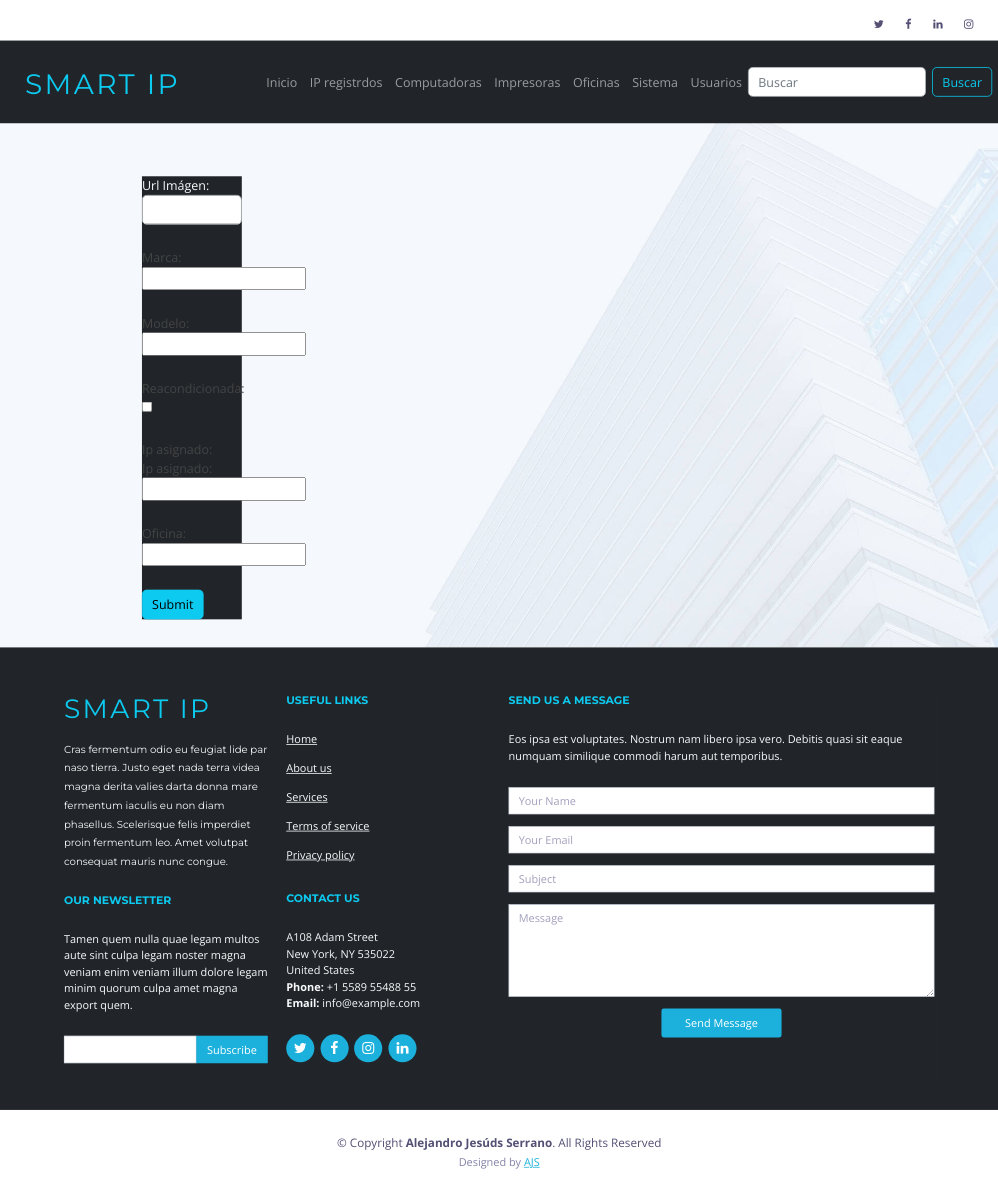
Repository: AlejandroJesusSerrano/SmartIPs
Page: smartip/smartipnav/templates/smartipnav/printer_form.html
These files come from the project's save history. The page is drawn as it stood at one moment and after the next save; the edit follows.
The browser window is 1280 px wide. The pictures show the whole page, at 78% of full size.
The page is served by the project's application, run on Django 4.2 (smartip/manage.py). Other server files are loaded and not shown. The template is opened directly, without the code that normally fills it, so the values that code supplies are empty.

Above is the page before, as saved 2022-11-14 08:12:04.

### smartip/smartipnav/templates/smartipnav/printer_form.html
{% extends 'smartipnav/base.html' %}

{% block content %}
<section id="intro" class="clearfix">
    <div class="container d-flex h-100">
        <div class="row justify-content-center align-self-center">
            <div class="col-md-6 intro-info order-md-first order-last">
                <form action="" method="post">
                    {% csrf_token %}
                    <div class="container mx-auto">
                        <div class="form-group bg-dark mx-auto">
                            <label class="form-control-label text-light" for="printer_image">Url Imágen: </label>
                            <input class="form-control" type="url" name="printer_image" id="printer_add"></p>

                            <label for="printer_brand">Marca: </label>
                            <input type="text" name="printer_brand" id="printer_brand"></p>

                            <label for="printer_model">Modelo: </label>
                            <input type="text" name="printer_model" id="printer_model"></p>

                            <label for="printer_rebuilded">Reacondicionada: </label>
                            <input type="checkbox" name="printer_rebuilded" id="printer_rebuilded"></p>

                            <label for="printer_ip">Ip asignado: </label>
                            <p>Ip asignado: <input type="text" name="printer_ip" id="printer_ip"></p>

                            <label for="printer_office">Oficina: </label>
                            <input type="text" namr="printer_office" id="printer_office"></p>

                            <button type="submit" class="btn btn-info">Submit</button>
                        </div>
                    </div>
                </form>
            </div>
        </div>
    </div>
{% endblock %}

### smartip/smartipnav/templates/smartipnav/base.html
<!DOCTYPE html>
<html lang="en">
<head>

  {% load static %}
  <meta charset="utf-8">
  <title>Smart IP</title>
  <meta content="width=device-width, initial-scale=1.0" name="viewport">
  <meta content="" name="keywords">
  <meta content="" name="description">

  <!-- Favicons -->
  <link href="{% static 'smartipnav/img/favicon.png' %}" rel="icon">
  <link href="{% static 'smartipnav/img/apple-touch-icon.png' %}" rel="apple-touch-icon">

  <!-- Google Fonts -->
  <link href="https://fonts.googleapis.com/css?family=Open+Sans:300,300i,400,400i,500,600,700,700i|Montserrat:300,400,500,600,700" rel="stylesheet">

  <!-- Bootstrap CSS File -->
  <link href="https://cdn.jsdelivr.net/npm/bootstrap@5.2.2/dist/css/bootstrap.min.css" rel="stylesheet" integrity="sha384-Zenh87qX5JnK2Jl0vWa8Ck2rdkQ2Bzep5IDxbcnCeuOxjzrPF/et3URy9Bv1WTRi" crossorigin="anonymous">

  <!-- Libraries CSS Files -->
  <link href="{% static 'smartipnav/lib/font-awesome/css/font-awesome.min.css' %}" rel="stylesheet">
  <link href="{% static 'smartipnav/lib/animate/animate.min.css' %}" rel="stylesheet">
  <link href="{% static 'smartipnav/lib/ionicons/css/ionicons.min.css' %}" rel="stylesheet">
  <link href="{% static 'smartipnav/lib/owlcarousel/assets/owl.carousel.min.css' %}" rel="stylesheet">
  <link href="{% static 'smartipnav/lib/lightbox/css/lightbox.min.css' %}" rel="stylesheet">

  <!-- Main Stylesheet File -->
  <link href="{% static 'smartipnav/css/style.css' %}" rel="stylesheet">

  <!-- =======================================================
    Theme Name: Rapid
    Theme URL: https://bootstrapmade.com/rapid-multipurpose-bootstrap-business-template/
    Author: BootstrapMade.com
    License: https://bootstrapmade.com/license/
  ======================================================= -->
</head>

<body>
  <!--==========================
  Header
  ============================-->
  <header id="header">

    <div id="topbar">
      <div class="container me-2">
        <div class="social-links">
          <a href="#" class="twitter"><i class="fa fa-twitter"></i></a>
          <a href="#" class="facebook"><i class="fa fa-facebook"></i></a>
          <a href="#" class="linkedin"><i class="fa fa-linkedin"></i></a>
          <a href="#" class="instagram"><i class="fa fa-instagram"></i></a>
        </div>
      </div>
    </div>

    <nav class="navbar navbar-expand-lg navbar-dark bg-dark">
      <a class="navbar-brand" href="index">
        <div class="logo mb-4">
          <!-- Uncomment below if you prefer to use an image logo -->
          <h1 class="text-bg-dark mx-auto "><a href="index"><span class= "text-info">Smart IP</span></a></h1>
          <!-- <a href="#header" class="scrollto"><img src="img/logo.png" alt="" class="img-fluid"></a> -->
        </div>
      </a>
      <button class="navbar-toggler" type="button" data-bs-toggle="collapse" data-bs-target="#navbarSupportedContent" aria-controls="navbarSupportedContent" aria-expanded="false" aria-label="Toggle navigation">
        <span class="navbar-toggler-icon"></span>
      </button>
      <div class="collapse navbar-collapse" id="navbarSupportedContent">
        <ul class="navbar-nav ms-auto mb-2 mb-lg-0">
          <li class="nav-item">
            <a class="nav-link {% block indexactive %} {% endblock %}" aria-current="page" href="{% url 'Inicio' %}">Inicio</a>
          </li>
          <li class="nav-item">
            <a class="nav-link {% block ipactive %} {% endblock %}" aria-current="page" href=" {% url 'Ip' %}">IP registrdos</a>
          </li>
          <li class="nav-item">
            <a class="nav-link {% block computeractive %} {% endblock %}" aria-current="page" href="{% url 'Computers' %}">Computadoras</a>
          </li>
          <li class="nav-item">
            <a class="nav-link {% block printersactive %} {% endblock %}" aria-current="page" href="{% url 'Printers' %}">Impresoras</a>
          </li>
          <li class="nav-item">
            <a class="nav-link {% block officesactive %} {% endblock %}" aria-current="page" href="{% url 'Offices' %}">Oficinas</a>
          </li>
          <li class="nav-item">
            <a class="nav-link {% block usersactive %} {% endblock %}" aria-current="page" href="{% url 'Users' %}">Sistema</a>
          </li>
          <li class="nav-item">
            <a class="nav-link {% block userspcactive %} {% endblock %}" aria-current="page" href="{% url 'UsersPc' %}">Usuarios</a>
          </li>

          <!-- <li class="nav-item dropdown">
            <a class="nav-link dropdown-toggle" href="#" id="navbarDropdown" role="button" data-bs-toggle="dropdown" aria-expanded="false">
              Dropdown
            </a>
            <ul class="dropdown-menu" aria-labelledby="navbarDropdown">
              <li><a class="dropdown-item" href="#">Acción</a></li>
              <li><a class="dropdown-item" href="#">Otra acción</a></li>
              <li><hr class="dropdown-divider"></li>
              <li><a class="dropdown-item" href="#">Algo más aquí</a></li>
            </ul>
          </li>
          <li class="nav-item">
            <a class="nav-link disabled">Deshabilitado</a>
          </li> -->
        </ul>
        <form class="d-flex" role="search">
          <input class="form-control me-2" type="search" placeholder="Buscar" aria-label="Buscar">
          <button class="btn btn-outline-info me-2" type="submit">Buscar</button>
        </form>
      </div>
    </nav>
  </header><!-- #header -->



    {% block content %}

    {% endblock %}



  <!--==========================
    Footer
  ============================-->
  <footer id="footer" class="section-bg">
    <div class="footer-top bg-dark">
      <div class="container bg-dark">

        <div class="row">

          <div class="col-lg-6">

            <div class="row">

                <div class="col-sm-6">

                  <div class="footer-info">
                    <h3 class="text-info">Smart Ip</h3>
                    <p class="text-light">Cras fermentum odio eu feugiat lide par naso tierra. Justo eget nada terra videa magna derita valies darta donna mare fermentum iaculis eu non diam phasellus. Scelerisque felis imperdiet proin fermentum leo. Amet volutpat consequat mauris nunc congue.</p>
                  </div>

                  <div class="footer-newsletter">
                    <h4 class="text-info">Our Newsletter</h4>
                    <p class="text-light">Tamen quem nulla quae legam multos aute sint culpa legam noster magna veniam enim veniam illum dolore legam minim quorum culpa amet magna export quem.</p>
                    <form action="" method="post">
                      <input type="email" name="email"><input type="submit"  value="Subscribe">
                    </form>
                  </div>

                </div>

                <div class="col-sm-6">
                  <div class="footer-links">
                    <h4 class="text-info">Useful Links</h4>
                    <ul>
                      <li><a class="text-light" href="#">Home</a></li>
                      <li><a class="text-light" href="#">About us</a></li>
                      <li><a class="text-light" href="#">Services</a></li>
                      <li><a class="text-light" href="#">Terms of service</a></li>
                      <li><a class="text-light" href="#">Privacy policy</a></li>
                    </ul>
                  </div>

                  <div class="footer-links">
                    <h4 class="text-info">Contact Us</h4>
                    <p class="text-light">
                      A108 Adam Street <br>
                      New York, NY 535022<br>
                      United States <br>
                      <strong>Phone:</strong> +1 5589 55488 55<br>
                      <strong>Email:</strong> info@example.com<br>
                    </p>
                  </div>

                  <div class="social-links">
                    <a href="#" class="twitter"><i class="fa fa-twitter"></i></a>
                    <a href="#" class="facebook"><i class="fa fa-facebook"></i></a>
                    <a href="#" class="instagram"><i class="fa fa-instagram"></i></a>
                    <a href="#" class="linkedin"><i class="fa fa-linkedin"></i></a>
                  </div>

                </div>

            </div>

          </div>

          <div class="col-lg-6">

            <div class="form">

              <h4 class="text-info">Send us a message</h4>
              <p class= "text-light">Eos ipsa est voluptates. Nostrum nam libero ipsa vero. Debitis quasi sit eaque numquam similique commodi harum aut temporibus.</p>
              <form action="" method="post" role="form" class="contactForm">
                <div class="form-group">
                  <input type="text" name="name" class="form-control" id="name" placeholder="Your Name" data-rule="minlen:4" data-msg="Please enter at least 4 chars" />
                  <div class="validation"></div>
                </div>
                <div class="form-group">
                  <input type="email" class="form-control" name="email" id="email" placeholder="Your Email" data-rule="email" data-msg="Please enter a valid email" />
                  <div class="validation"></div>
                </div>
                <div class="form-group">
                  <input type="text" class="form-control" name="subject" id="subject" placeholder="Subject" data-rule="minlen:4" data-msg="Please enter at least 8 chars of subject" />
                  <div class="validation"></div>
                </div>
                <div class="form-group">
                  <textarea class="form-control" name="message" rows="5" data-rule="required" data-msg="Please write something for us" placeholder="Message"></textarea>
                  <div class="validation"></div>
                </div>

                <div id="sendmessage">Your message has been sent. Thank you!</div>
                <div id="errormessage"></div>

                <div class="text-center"><button type="submit" title="Send Message">Send Message</button></div>
              </form>
            </div>

          </div>



        </div>

      </div>
    </div>

    <div class="container">
      <div class="copyright">
        &copy; Copyright <strong>Alejandro Jesúds Serrano</strong>. All Rights Reserved
      </div>
      <div class="credits">
        <!--
          All the links in the footer should remain intact.
          You can delete the links only if you purchased the pro version.
          Licensing information: https://bootstrapmade.com/license/
          Purchase the pro version with working PHP/AJAX contact form: https://bootstrapmade.com/buy/?theme=Rapid
        -->
        Designed by <a href="https://AJS.com/">AJS</a>
      </div>
    </div>
  </footer><!-- #footer -->

  <a href="#" class="back-to-top"><i class="fa fa-chevron-up"></i></a>
  <!-- Uncomment below i you want to use a preloader -->
  <!-- <div id="preloader"></div> -->

  <!-- JavaScript Libraries -->
  <script src="{% static 'smartipnav/lib/jquery/jquery.min.js' %}"></script>
  <script src="{% static 'smartipnav/lib/jquery/jquery-migrate.min.js' %}"></script>
  <script src="https://cdn.jsdelivr.net/npm/bootstrap@5.2.2/dist/js/bootstrap.bundle.min.js" integrity="sha384-OERcA2EqjJCMA+/3y+gxIOqMEjwtxJY7qPCqsdltbNJuaOe923+mo//f6V8Qbsw3" crossorigin="anonymous"></script>
  <script src="{% static 'smartipnav/lib/easing/easing.min.js' %}"></script>
  <script src="{% static 'smartipnav/lib/mobile-nav/mobile-nav.js' %}"></script>
  <script src="{% static 'smartipnav/lib/wow/wow.min.js' %}"></script>
  <script src="{% static 'smartipnav/lib/waypoints/waypoints.min.js' %}"></script>
  <script src="{% static 'smartipnav/lib/counterup/counterup.min.js' %}"></script>
  <script src="{% static 'smartipnav/lib/owlcarousel/owl.carousel.min.js' %}"></script>
  <script src="{% static 'smartipnav/lib/isotope/isotope.pkgd.min.js' %}"></script>
  <script src="{% static 'smartipnav/lib/lightbox/js/lightbox.min.js' %}"></script>
  <!-- Contact Form JavaScript File -->
  <script src="{% static 'smartipnav/contactform/contactform.js' %}"></script>

  <!-- Template Main Javascript File -->
  <script src="{% static 'smartipnav/js/main.js' %}"></script>

</body>
</html>

### smartip/smartip/urls.py
"""smartip URL Configuration

The `urlpatterns` list routes URLs to views. For more information please see:
    https://docs.djangoproject.com/en/4.1/topics/http/urls/
Examples:
Function views
    1. Add an import:  from my_app import views
    2. Add a URL to urlpatterns:  path('', views.home, name='home')
Class-based views
    1. Add an import:  from other_app.views import Home
    2. Add a URL to urlpatterns:  path('', Home.as_view(), name='home')
Including another URLconf
    1. Import the include() function: from django.urls import include, path
    2. Add a URL to urlpatterns:  path('blog/', include('blog.urls'))
"""
from django.contrib import admin
from django.urls import path

urlpatterns = [
    path('admin/', admin.site.urls),
]

Loaded but not shown: smartip/smartipnav/static/smartipnav/lib/font-awesome/css/font-awesome.min.css (library); smartip/smartipnav/static/smartipnav/lib/animate/animate.min.css (library); smartip/smartipnav/static/smartipnav/lib/ionicons/css/ionicons.min.css (library); smartip/smartipnav/static/smartipnav/lib/owlcarousel/assets/owl.carousel.min.css (library); smartip/smartipnav/static/smartipnav/lib/lightbox/css/lightbox.min.css (common file); smartip/smartipnav/static/smartipnav/lib/jquery/jquery.min.js (library); smartip/smartipnav/static/smartipnav/lib/jquery/jquery-migrate.min.js (library); smartip/smartipnav/static/smartipnav/lib/easing/easing.min.js (common file); smartip/smartipnav/static/smartipnav/lib/mobile-nav/mobile-nav.js (common file); smartip/smartipnav/static/smartipnav/lib/wow/wow.min.js (library); smartip/smartipnav/static/smartipnav/lib/waypoints/waypoints.min.js (library); smartip/smartipnav/static/smartipnav/lib/counterup/counterup.min.js (common file); smartip/smartipnav/static/smartipnav/lib/owlcarousel/owl.carousel.min.js (library); smartip/smartipnav/static/smartipnav/lib/isotope/isotope.pkgd.min.js (library); smartip/smartipnav/static/smartipnav/lib/lightbox/js/lightbox.min.js (library); smartip/smartipnav/static/smartipnav/js/main.js (131 lines, source omitted); smartip/smartipnav/static/smartipnav/contactform/contactform.js (118 lines, source omitted); smartip/smartipnav/static/smartipnav/css/style.css (1573 lines, source omitted)

After the next save:
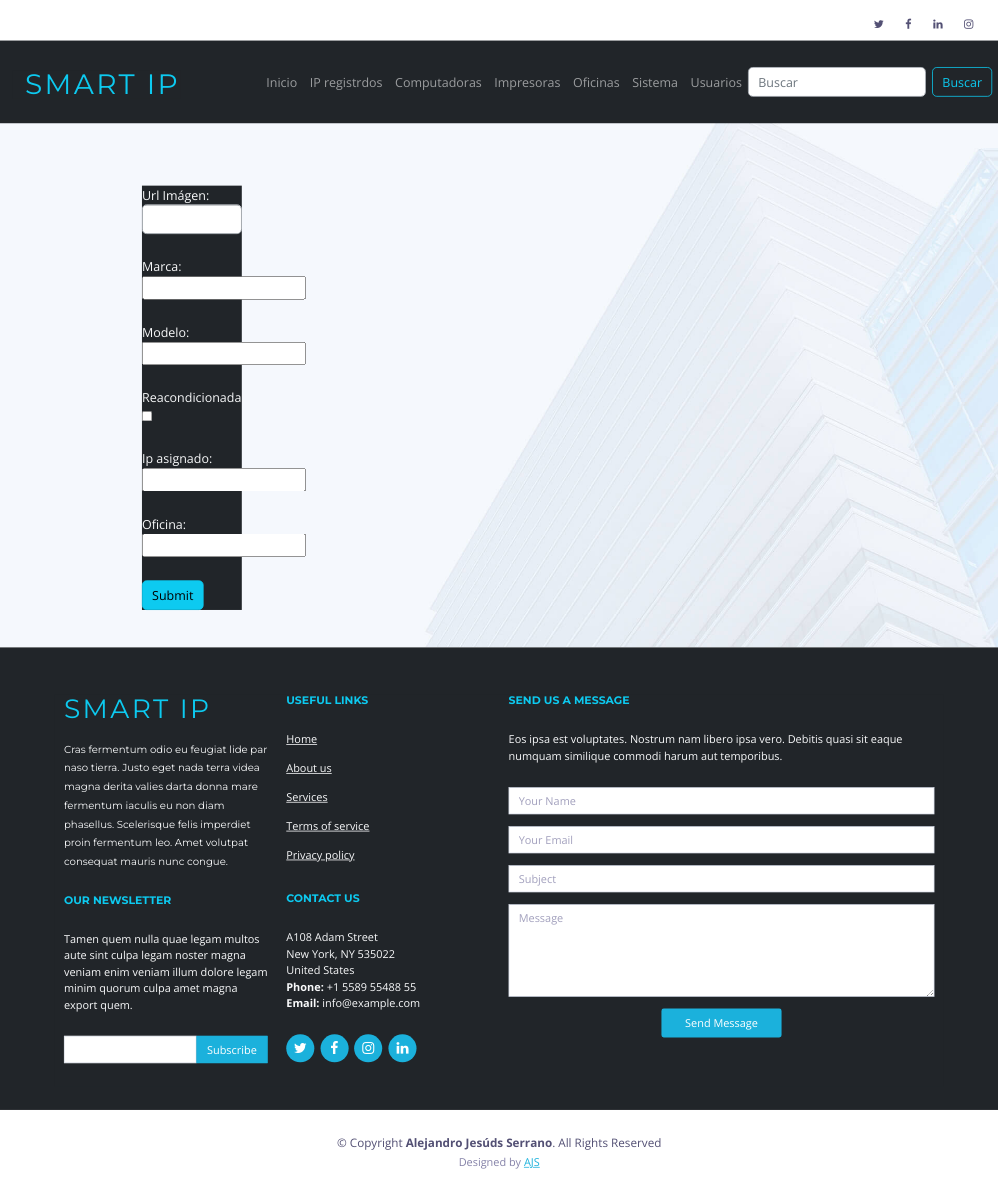
Saved 48 s later.
--- a/smartip/smartipnav/templates/smartipnav/printer_form.html
+++ b/smartip/smartipnav/templates/smartipnav/printer_form.html
@@ -12,19 +12,19 @@
                             <label class="form-control-label text-light" for="printer_image">Url Imágen: </label>
                             <input class="form-control" type="url" name="printer_image" id="printer_add"></p>
 
-                            <label for="printer_brand">Marca: </label>
+                            <label class="form-control-label text-light" for="printer_brand">Marca: </label>
                             <input type="text" name="printer_brand" id="printer_brand"></p>
 
-                            <label for="printer_model">Modelo: </label>
+                            <label class="form-control-label text-light" for="printer_model">Modelo: </label>
                             <input type="text" name="printer_model" id="printer_model"></p>
 
-                            <label for="printer_rebuilded">Reacondicionada: </label>
+                            <label class="form-control-label text-light" for="printer_rebuilded">Reacondicionada: </label>
                             <input type="checkbox" name="printer_rebuilded" id="printer_rebuilded"></p>
 
-                            <label for="printer_ip">Ip asignado: </label>
-                            <p>Ip asignado: <input type="text" name="printer_ip" id="printer_ip"></p>
+                            <label class="form-control-label text-light" for="printer_ip">Ip asignado: </label>
+                            <input type="text" name="printer_ip" id="printer_ip"></p>
 
-                            <label for="printer_office">Oficina: </label>
+                            <label class="form-control-label text-light" for="printer_office">Oficina: </label>
                             <input type="text" namr="printer_office" id="printer_office"></p>
 
                             <button type="submit" class="btn btn-info">Submit</button>
